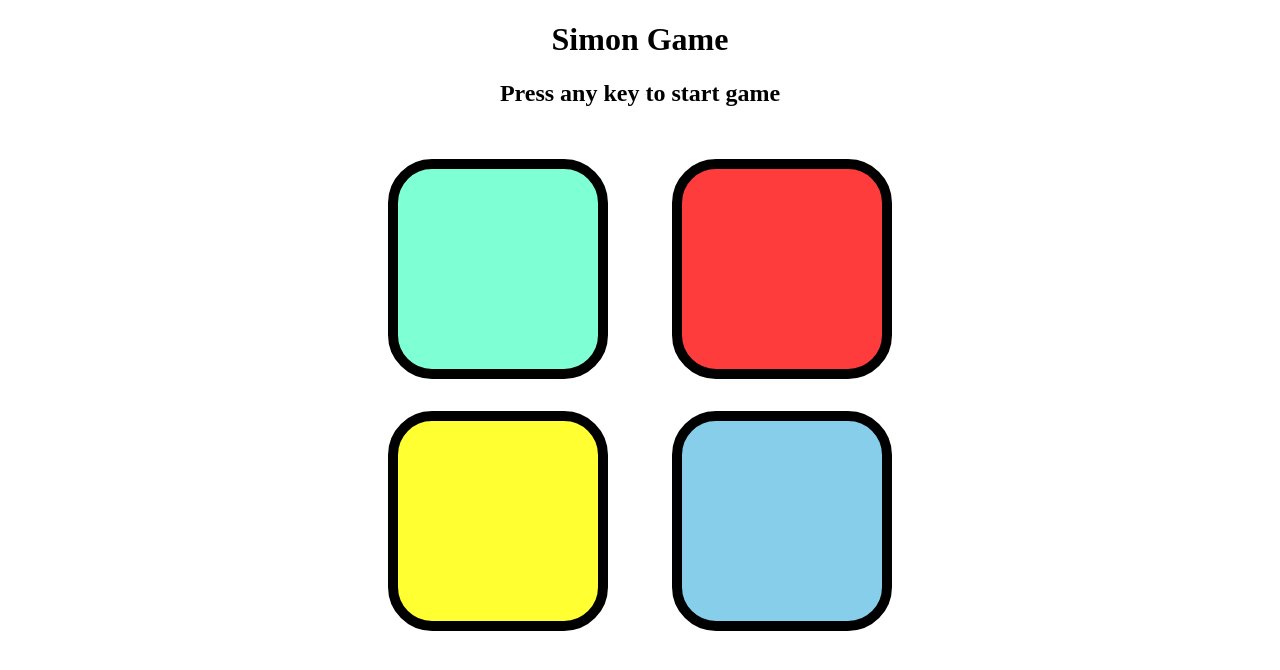
Repository: Ruchii02/javascript-mini-project
Page: index.html
An editor plug-in stored every save of this project. The page is shown before and after the next save, followed by the edit.
The browser window is 1280 px wide. The pictures show the whole page.

Above is the page before, as saved 2024-07-02 09:30:05.

### index.html
<!DOCTYPE html>
<html lang="en">
<head>
    <meta charset="UTF-8">
    <meta name="viewport" content="width=device-width, initial-scale=1.0">
    <title>Document</title>
    <link rel="stylesheet" href="style.css">
</head>
<body>
   <h1>Simon Game</h1>
   <h2>Press any key to start game</h2>
   <div class="btn-container">
    <div class="fline">
        <div class="btn green" type="button"></div>
        <div class="btn yellow" type="button"></div>
    </div>
    <div class="sline">
        <div class="btn red" type="button"></div>
        <div class="btn blue" type="button"></div>
    </div>
   </div>
   <script src="app.js"></script>
</body>
</html>

### style.css
body{
    text-align: center;
}
.btn{
    height: 200px;
    width: 200px;
    border-radius: 20%;
    border: 10px solid black;
    margin: 2rem;

}
.btn-container{
    display: flex;
    justify-content: center;

}
.yellow{
    background-color: rgba(255, 255, 0, 0.806);
}
.red{
    background-color:rgba(255, 0, 0, 0.763);
}
.green{
    background-color: aquamarine;
}
.blue{
    background-color: skyblue;
}

### app.js
let gameSeq=[];
let userSeq=[];
 let start = false;
 let level=0;
let btns =["yellow","green","red" , "blue"];
let h2= document.querySelector("h2");

 document.addEventListener("keypress" , function(){
   if(start==false){
    console.log("game started");
    start = true;

     levelup();
   }
 });

 function btnFlash(btn){
    btn.classList.add("flash");
    //let f = document.querySelector(".flash");
    //f.background-color(white);
    setTimeout(function() {
      btn.classList.remove("flash")

    } , 1000);
 }

 function levelup(){
    level++;
    h2.innerText=`Level ${level}`;
     let ranInd = Math.floor(Math.random()*3);
     let ranCol= btns[ranInd];
     let ranBtn = document.querySelector(`.${ranCol}`);
     btnFlash(ranBtn);
    }

After the next save:
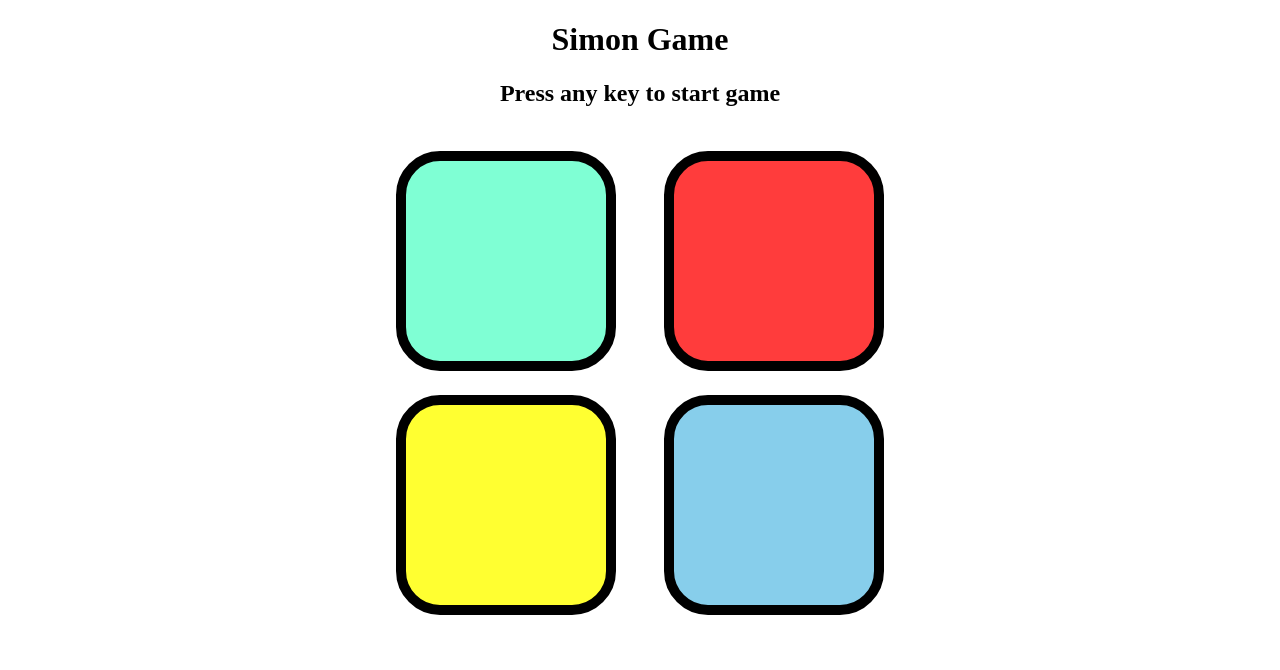
Saved 8 min 49 s later.
--- a/style.css
+++ b/style.css
@@ -6,7 +6,7 @@ body{
     width: 200px;
     border-radius: 20%;
     border: 10px solid black;
-    margin: 2rem;
+    margin: 1.5rem;
 
 }
 .btn-container{
